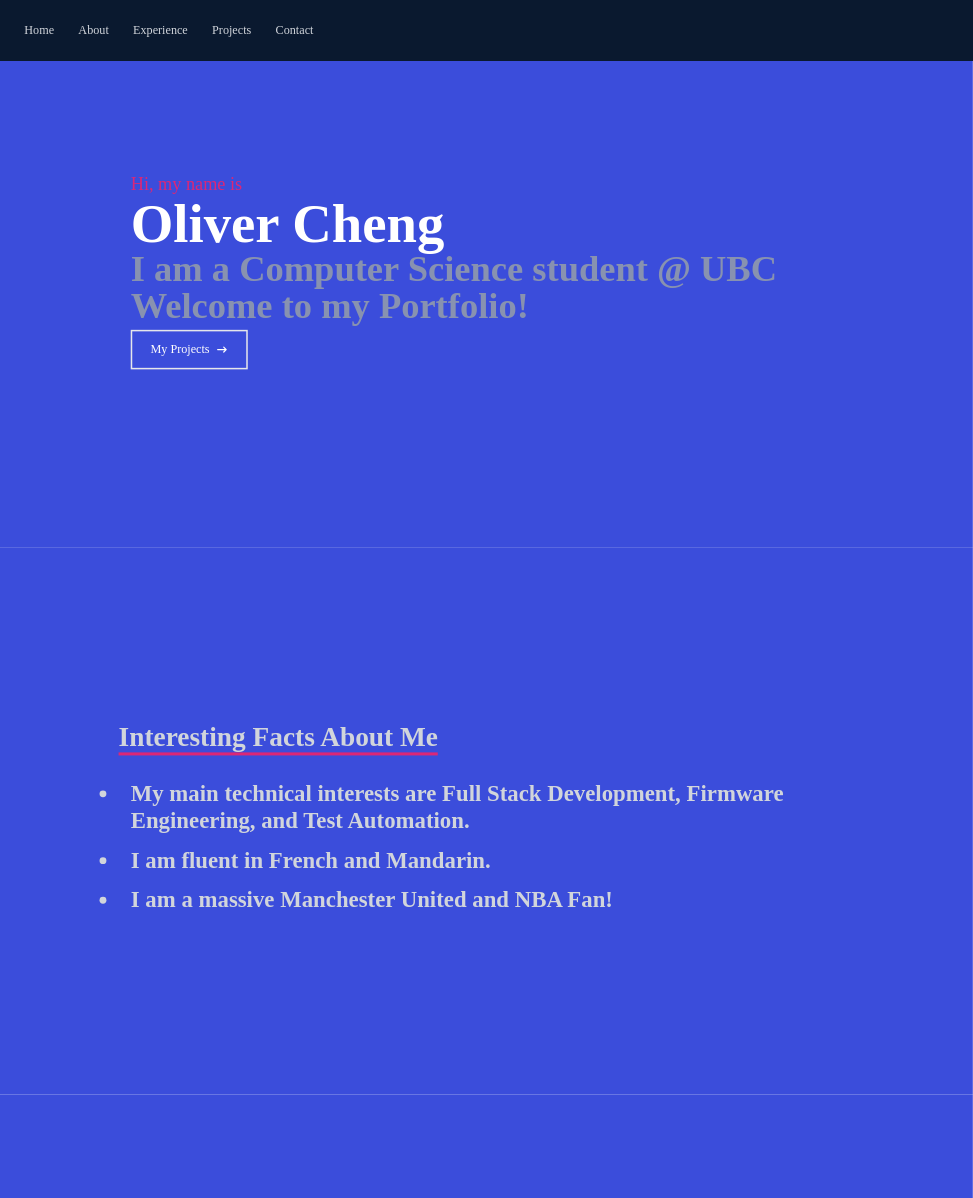
Repository: olichengus/Project-Portfolio
Page: /
These files come from the project's save history. The page is drawn as it stood at one moment and after the next save; the edit follows.
The browser window is 1280 px wide. The pictures show the part of the page from y = 0 to 1576 px (the page is 2160 px tall), at 76% of full size.
Pictures or frames that could not be fetched are drawn as grey boxes. The project was rebuilt for these pictures with package versions that can differ from the ones it lists, and the page was loaded fresh each time.

Above is the page before, as saved 2024-02-09 23:26:04.

### src/index.css
@tailwind base;
@tailwind components;
@tailwind utilities;

@import url('https://fonts.googleapis.com/css2?family=Roboto:wght@300;400;500;700&display=swap');

@layer base {
  body {
    @apply font-[Raleway];
  }
  li {
    @apply px-4;
    @apply cursor-pointer;
  }
}


.content-div{
  background-repeat: no-repeat;
  background-size: cover;
  background-position: center;
  height: 250px;
}

.content-div:hover{
  background-image: linear-gradient(
    to right,
    rgba(112,157,255,0.8),
    hsla(242,74%,61%,0.8)
  )!important;
  background-color: rgba(0, 0, 0, 0.5);
  transition: 0.5s;
}

### src/App.js
import Home from './components/Home';
import Navbar from './components/Navbar';
import About from './components/About';
import Work from './components/Work';

function App() {
  return (
    <div>
      <Navbar />
      <Home />
      <About />
      <Work />
    </div>
  );
}

export default App;

### src/components/Home.jsx
import React from 'react'
import {HiArrowNarrowRight} from 'react-icons/hi'

const Home = () => {
  return (
    <div className='w-full h-screen bg-[#3b4ddb]'>
      {/* Container */}
      <div className='max-w-[1000px] mx-auto px-8 flex flex-col justify-center h-full'>
        <p className='text-pink-600 text-2xl'>Hi, my name is</p>
        <h1 className='text-white text-7xl font-bold'>Oliver Cheng</h1>
        <h2 className='text-4xl sm:text-5xl font-bold text-[#8892b0]'> I am a Computer Science student @ UBC</h2>
        <h2 className='text-4xl sm:text-5xl font-bold text-[#8892b0]'> Welcome to my Portfolio!</h2>
        <div className='background-color'>
          <button className = 'text-white border-2 px-6 py-3 my-2 flex items-center hover:bg-pink-600 hover:border-pink-600'>
            My Projects
            <span className='group-hover:rotate-90 duration-300'>
              <HiArrowNarrowRight className='ml-2' />
            </span>
          </button>
        </div>
      </div>

    </div>
  )
}

export default Home

### src/components/navbar.js
import React, {useState} from 'react'
import {
    FaBars,
    FaTimes,
    FaGithub,
    FaLinkedin
  } from 'react-icons/fa';
import { HiOutlineMail } from 'react-icons/hi';
import BsFillPersonFill from 'react-icons/bs';

const Navbar = () => {
    const [nav, setNav] = useState(false)
    const handleClick = () => setNav(!nav)
  return (
    <div className='fixed w-full h-[80px] flex justify-between items-center px-4 bg-[#0a192f] text-gray-300'>
    {/* menu */}
        <div className='hidden md:flex'>
            <ul className='hidden md:flex'>
                <li>Home</li>
                <li>About</li>
                <li>Experience</li>
                <li>Projects</li>
                <li>Contact</li>


            </ul>
        </div>

        <div onClick={handleClick} className='md:hidden z-10'>
            {/* if false set it to bars else set it to x logo*/}
            {!nav ? <FaBars /> : <FaTimes />}
        </div>


        {/* Moble menu */}
        <ul className={!nav ? "hidden": 'absolute top-0 left-0 w-full h-screen bg-[#0a192f] flex flex-col justify center items-center'}>
                <li className='py-6 text-4xl'>Home</li>
                <li className='py-6 text-4xl'>About</li>
                <li className='py-6 text-4xl'>Experience</li>
                <li className='py-6 text-4xl'>Projects</li>
                <li className='py-6 text-4xl'>Contact</li>

        </ul>
        {/* Social Icons */}
        <div className='flex fixed flex-col top-[35%] left-0;'>
        </div>
    </div>


  )
}

export default Navbar

### src/components/About.jsx
import React from 'react';

const About = () => {
    return (
        <div name='about' className='w-full h-screen bg-[#3b4ddb] text-gray-300'>
            <div className='flex flex-col justify-center items-center w-full h-full'>
                <div className='max-w-[1000px] w-full px-4 justify-center items-center'>
                    <div className='text-left'>
                        <p className='text-4xl font-bold inline border-b-4 border-pink-600 hover:text-white'>Interesting Facts About Me</p>
                    </div>

                </div>
                <div className='mt-9 max-w-[1000px] w-full'>
                    <ul class="list-disc pl-4">
                        <li class="mb-2 text-3xl font-bold hover:text-white">My main technical interests are Full Stack Development, Firmware Engineering, and Test Automation.</li>
                        <li class="mt-4 mb-2 text-3xl font-bold hover:text-white">I am fluent in French and Mandarin.</li>
                        <li class="mt-4 mb-2 text-3xl font-bold hover:text-white">I am a massive Manchester United and NBA Fan!</li>
                    </ul>
                </div>
            </div>
        </div>
    )
}

export default About;

### src/components/Work.jsx
import React from 'react';
import Background from '../assets/background.jpeg';

const Work = () => {
    return (
        <div className='w-full md:h-screen text-gray-300 bg-[#3b4ddb]'>
            <div className='max-w-[1000px] mx-auto p-4 flex flex-col justify-center w-full h-full'>
                <div>
                    <p className='text-4xl font-bold inline border-b-4 text-gray-300 border-pink-600'>My Projects</p>
                </div>

            {/* Container */}

                <div className='grid sm:grid-cols-2 md:grid-cols-3 gap-4 mt-7'>

            {/* Grid Item */}
                    <div style = {{backgroundImage: `url(${Background})`}}
                    className='shadow-lg shadow-[#040c16] group container rounded-md flex justify-center items-center mx-auto content-div'>

                        {/* Hover Effects */}
                        <div className='opacity-0 group-hover:opacity-100'>
                            <span className='text-2xl font-bold text-white tracking-wider'>
                                UBC Elective Finder
                            </span>
                            <div className='pt-8 text-center'>
                                <a href ="/">
                                    <button className='text-center rounded-lg px-4 py-3 m-2 bg-white text-gray-700 font-bold text-lg'>Demo</button>
                                </a>
                                <a href = "https://github.com/olichengus/UBC-Elective-Finder">
                                    <button className='text-center rounded-lg px-4 py-3 m-2 bg-white text-gray-700 font-bold text-lg'>Code</button>
                                </a>
                            </div>
                        </div>
                    </div>

                    <div style = {{backgroundImage: `url(${Background})`}}
                    className='shadow-lg shadow-[#040c16] group container rounded-md flex justify-center items-center mx-auto content-div'>

                        {/* Hover Effects */}
                        <div className='opacity-0 group-hover:opacity-100'>
                            <span className='text-2xl font-bold text-white tracking-wider'>
                                Telomeres Website
                            </span>
                            <div className='pt-8 text-center'>
                                <a href ="/">
                                    <button className='text-center rounded-lg px-4 py-3 m-2 bg-white text-gray-700 font-bold text-lg'>Demo</button>
                                </a>
                                <a href = "/">
                                    <button className='text-center rounded-lg px-4 py-3 m-2 bg-white text-gray-700 font-bold text-lg'>Code</button>
                                </a>
                            </div>
                        </div>
                    </div>

                    <div style = {{backgroundImage: `url(${Background})`}}
                    className='shadow-lg shadow-[#040c16] group container rounded-md flex justify-center items-center mx-auto content-div'>

                        {/* Hover Effects */}
                        <div className='opacity-0 group-hover:opacity-100'>
                            <span className='text-2xl font-bold text-white tracking-wider'>
                                Wishlist Application
                            </span>
                            <div className='pt-8 text-center'>
                                <a href ="/">
                                    <button className='text-center rounded-lg px-4 py-3 m-2 bg-white text-gray-700 font-bold text-lg'>Demo</button>
                                </a>
                                <a href = "/">
                                    <button className='text-center rounded-lg px-4 py-3 m-2 bg-white text-gray-700 font-bold text-lg'>Code</button>
                                </a>
                            </div>
                        </div>
                    </div>

                </div>



            </div>
        </div>
    );
};

export default Work;

### tailwind.config.js
/** @type {import('tailwindcss').Config} */
module.exports = {
  content: ["./src/**/*.{html,jsx}"],
  theme: {
    extend: {},
  },
  plugins: [],
}

Loaded but not shown: public/index.html (common file); src/index.js (common file)

After the next save:
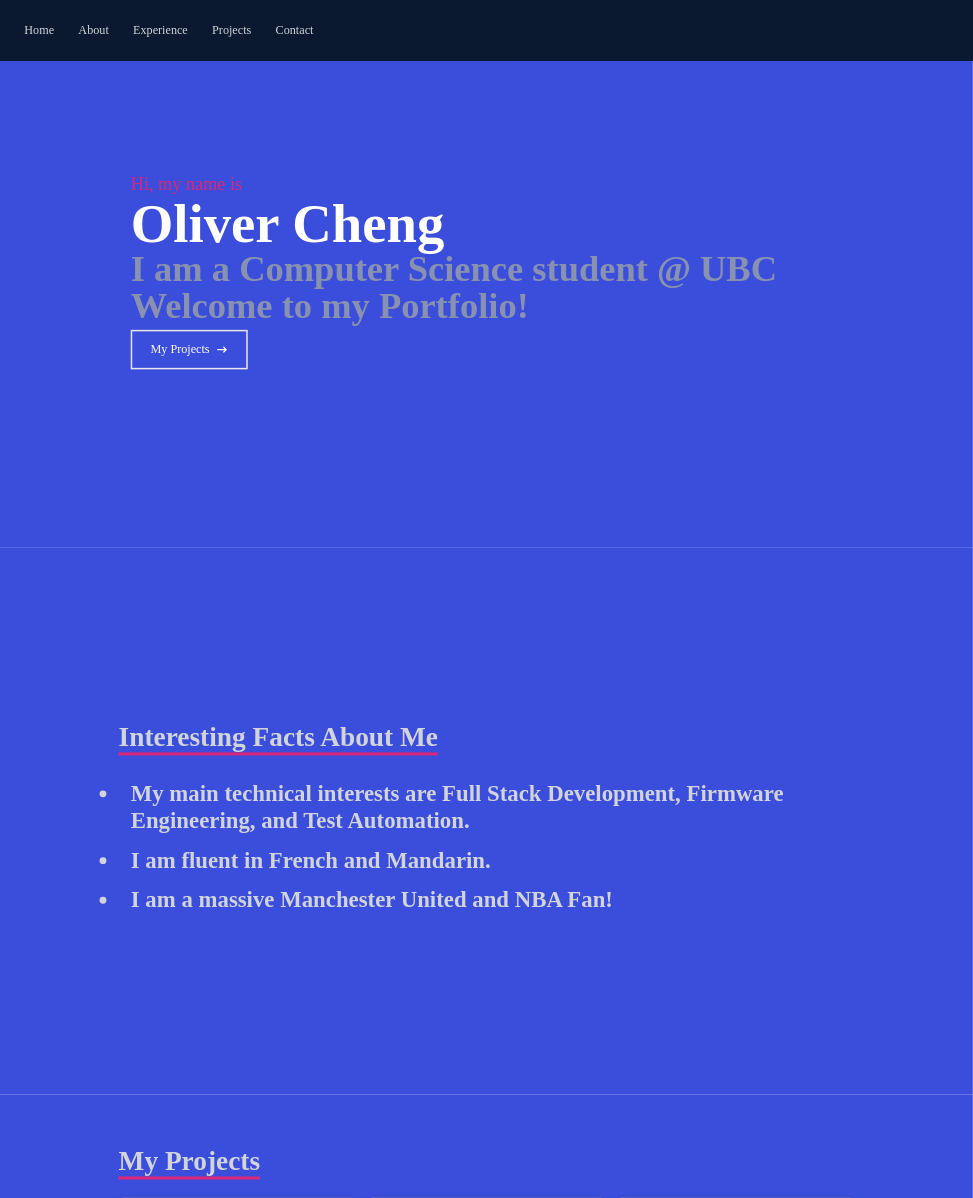
Saved 56 s later.
--- a/src/components/Work.jsx
+++ b/src/components/Work.jsx
@@ -71,6 +71,25 @@ const Work = () => {
                         </div>
                     </div>
 
+                    <div style = {{backgroundImage: `url(${Background})`}}
+                    className='shadow-lg shadow-[#040c16] group container rounded-md flex justify-center items-center mx-auto content-div'>
+
+                        {/* Hover Effects */}
+                        <div className='opacity-0 group-hover:opacity-100'>
+                            <span className='text-2xl font-bold text-white tracking-wider'>
+                                Wishlist Application
+                            </span>
+                            <div className='pt-8 text-center'>
+                                <a href ="/">
+                                    <button className='text-center rounded-lg px-4 py-3 m-2 bg-white text-gray-700 font-bold text-lg'>Demo</button>
+                                </a>
+                                <a href = "/">
+                                    <button className='text-center rounded-lg px-4 py-3 m-2 bg-white text-gray-700 font-bold text-lg'>Code</button>
+                                </a>
+                            </div>
+                        </div>
+                    </div>
+
                 </div>
 
 
